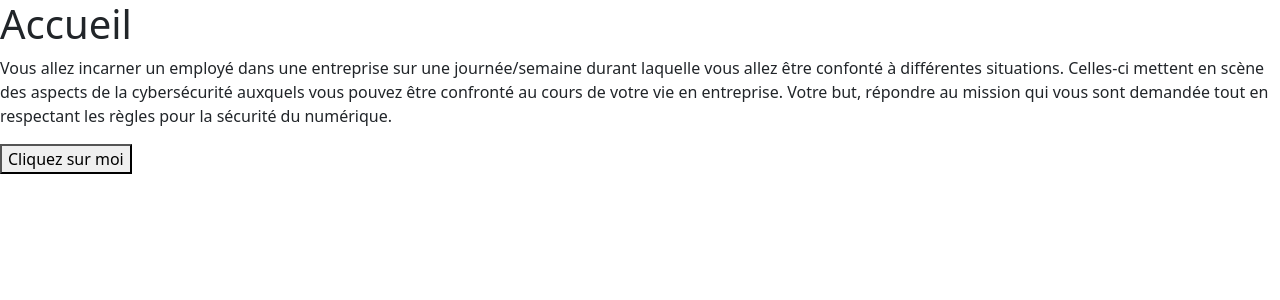
Repository: Geleetz/Workshop-I1-EPSI
Page: http://localhost/
An editor plug-in stored every save of this project. The page is shown before and after the next save, followed by the edit.
The browser window is 1280 px wide. The pictures show the whole page.
The page is run by PHP 8.4 with error messages shown; the project is at /var/www/html/.

Above is the page before, as saved 2021-09-28 10:30:54.

### index.php
<!doctype html>
<html lang="fr">

<head>
  <!-- Required meta tags -->
  <meta charset="utf-8">
  <meta name="viewport" content="width=device-width, initial-scale=1, shrink-to-fit=no">
  <!-- Ajout des librairies CSS -->
  <link href="https://cdn.jsdelivr.net/npm/bootstrap@5.1.1/dist/css/bootstrap.min.css" rel="stylesheet" integrity="sha384-F3w7mX95PdgyTmZZMECAngseQB83DfGTowi0iMjiWaeVhAn4FJkqJByhZMI3AhiU" crossorigin="anonymous">
  <title>Workshop - Accueil</title>

</head>

<body>
  <h1>Accueil</h1>
  <p>Vous allez incarner un employé dans une entreprise sur une journée/semaine durant laquelle vous allez être confonté à
    différentes situations. Celles-ci mettent en scène des aspects de la cybersécurité auxquels vous pouvez être confronté au
    cours de votre vie en entreprise. Votre but, répondre au mission qui vous sont demandée tout en respectant les règles pour
    la sécurité du numérique.</p>
  <form>
    <!--type="submit" formaction="https://fr.w3docs.com/"-->
    <button >Cliquez sur moi</button>
  </form>
</body>
<!-- Ajout des librairies JS -->
<script src="https://cdn.jsdelivr.net/npm/bootstrap@5.1.1/dist/js/bootstrap.bundle.min.js" integrity="sha384-/bQdsTh/da6pkI1MST/rWKFNjaCP5gBSY4sEBT38Q/9RBh9AH40zEOg7Hlq2THRZ" crossorigin="anonymous"></script>

</html>

After the next save:
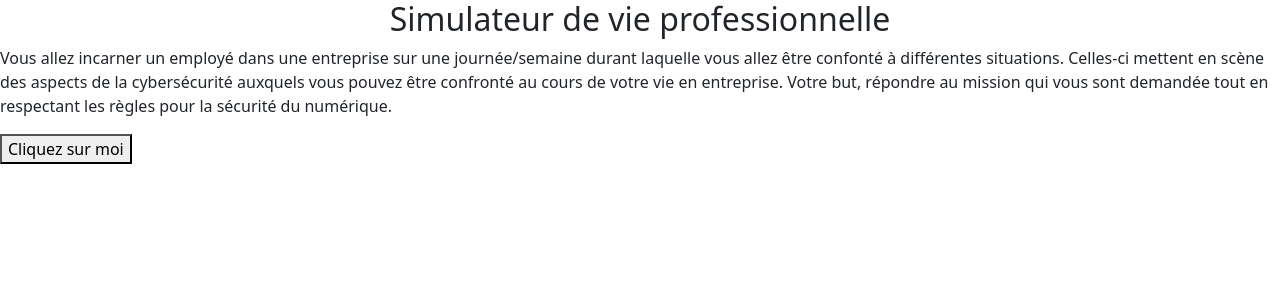
Saved 9 min 12 s later.
--- a/index.php
+++ b/index.php
@@ -12,8 +12,8 @@
 </head>
 
 <body>
-  <h1>Accueil</h1>
-  <p>Vous allez incarner un employé dans une entreprise sur une journée/semaine durant laquelle vous allez être confonté à
+  <h2 class="text-center">Simulateur de vie professionnelle</h2>
+  <p class="text-justify">Vous allez incarner un employé dans une entreprise sur une journée/semaine durant laquelle vous allez être confonté à
     différentes situations. Celles-ci mettent en scène des aspects de la cybersécurité auxquels vous pouvez être confronté au
     cours de votre vie en entreprise. Votre but, répondre au mission qui vous sont demandée tout en respectant les règles pour
     la sécurité du numérique.</p>
